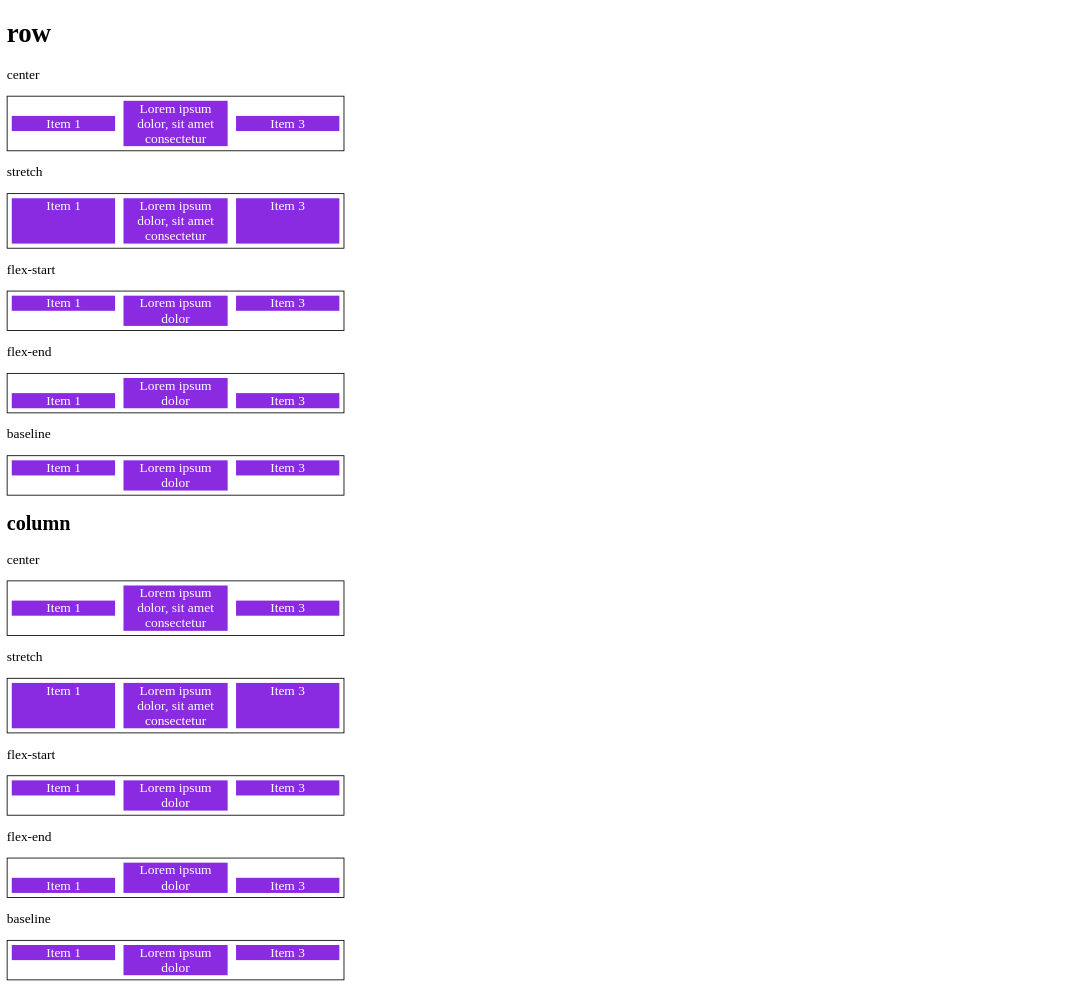
Repository: gabrielbino/projects-dio
Page: Flexbox/@align-items.html
These files come from the project's save history. The page is drawn as it stood at one moment and after the next save; the edit follows.
The browser window is 1280 px wide. The pictures show the whole page, at 84% of full size.

Above is the page before, as saved 2021-10-22 18:11:45.

After the next save:
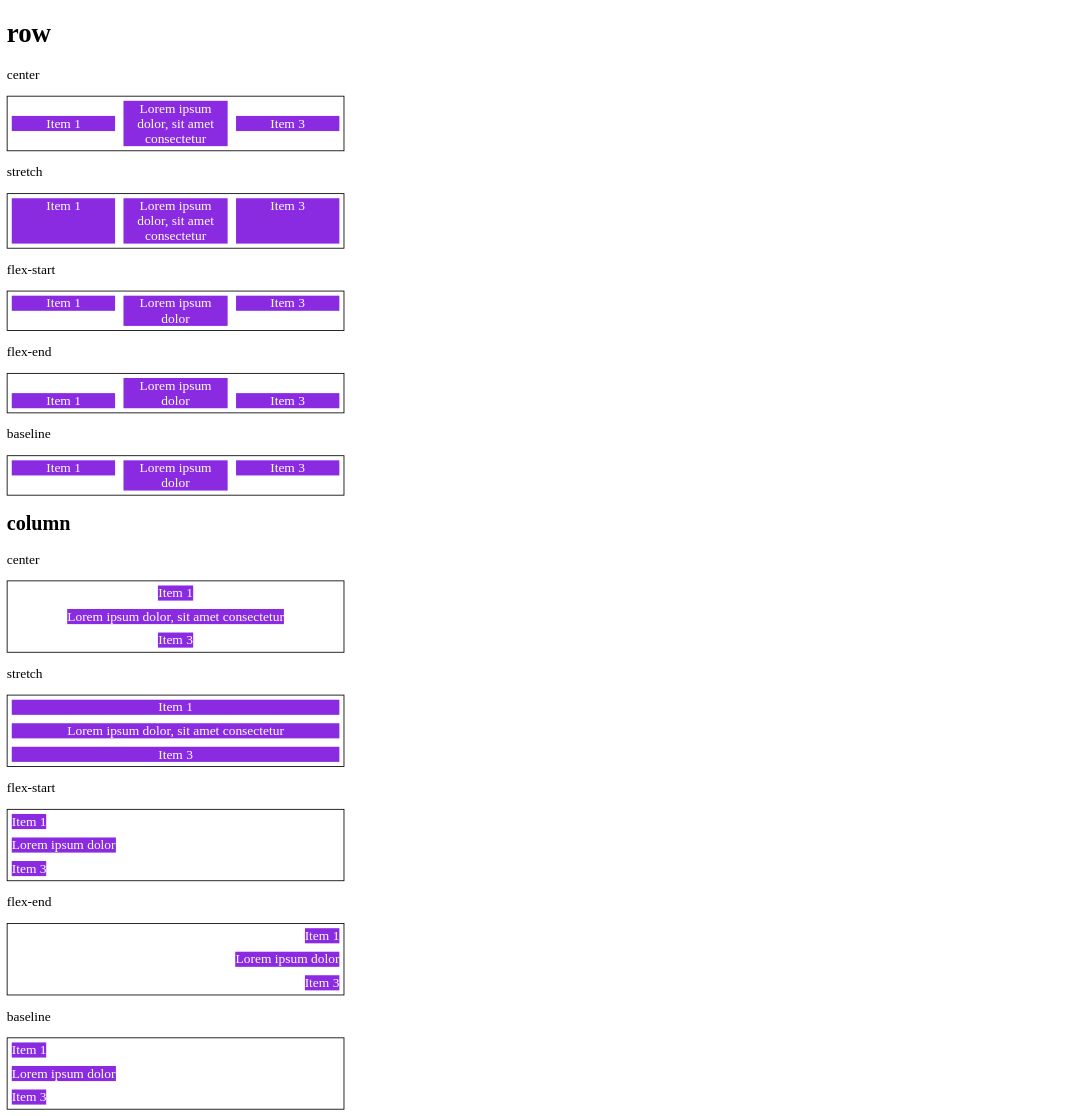
Saved 18 s later.
--- a/Flexbox/@align-items.html
+++ b/Flexbox/@align-items.html
@@ -40,7 +40,7 @@
       }
 
       .column {
-        align-items: column;
+        flex-direction: column;
       }
     </style>
   </head>
